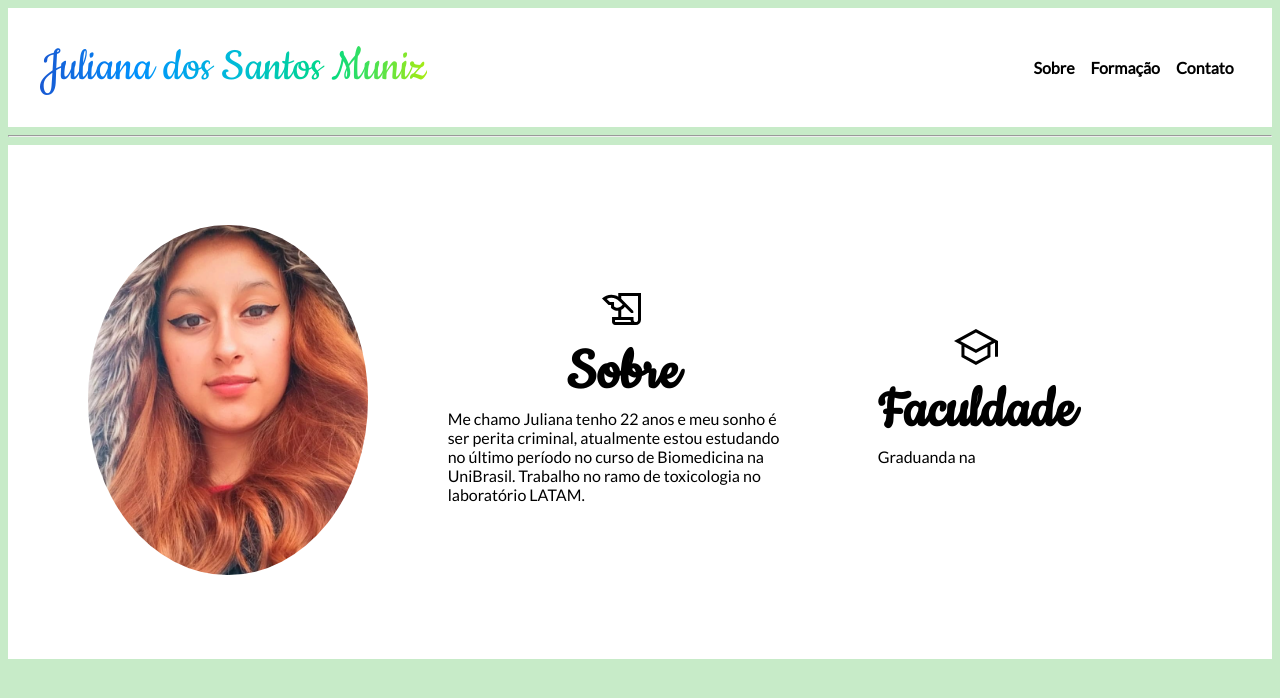
Repository: joaovnogueira/Portfolio-Juliana
Page: index.html
The author's editor kept a copy of each file at every save. The page is drawn from the files as they stood at one save, then again after the next save.
The browser window is 1280 px wide. The pictures show the whole page.

Above is the page before, as saved 2022-06-14 16:23:04.

After the next save:
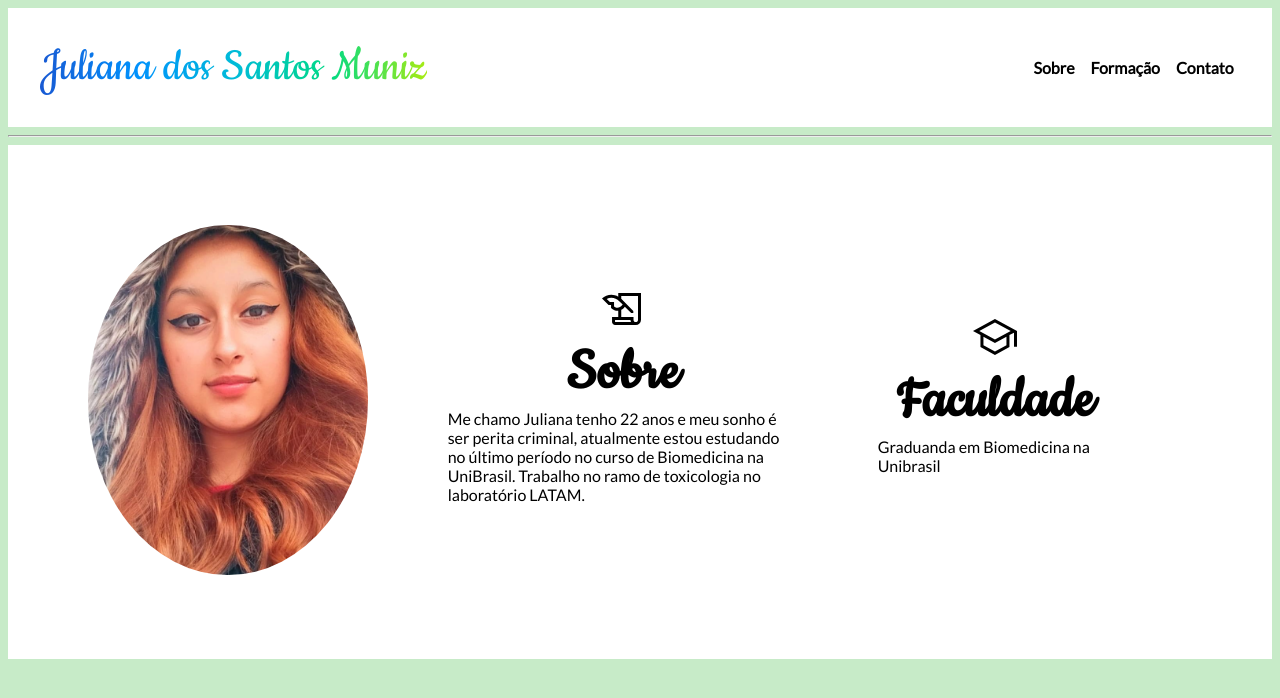
Saved 86 s later.
--- a/index.html
+++ b/index.html
@@ -32,7 +32,7 @@
             </div>
             <div class="conteudo">
                 <img src="./assets/faculdade.svg" alt=""><h1>Faculdade</h1>
-                <p>Graduanda na</p>
+                <p>Graduanda em Biomedicina na Unibrasil</p>
             </div>
         </div>
     </main>
